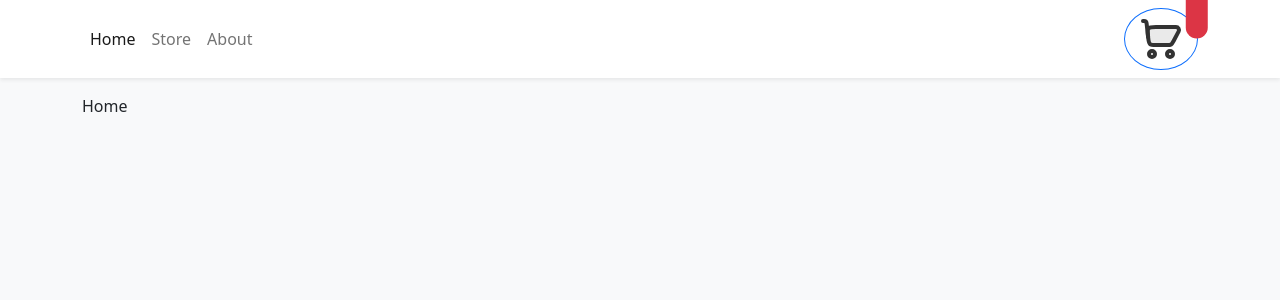
Repository: MoNasr2022/shopping-cart
Page: /
These files come from the project's save history. The page is drawn as it stood at one moment and after the next save; the edit follows.
The browser window is 1280 px wide. The pictures show the whole page.
The project was rebuilt for these pictures with package versions that can differ from the ones it lists, and the page was loaded fresh each time. Also part of the build but not shown: vite.config.ts, src/pages/Store.tsx, src/pages/About.tsx.

Above is the page before, as saved 2023-04-17 01:43:04.

### index.html
<!DOCTYPE html>
<html lang="en">
  <head>
    <meta charset="UTF-8" />
    <link rel="icon" type="image/svg+xml" href="/vite.svg" />
    <meta name="viewport" content="width=device-width, initial-scale=1.0" />
    <title>Nasr Shopping Cart</title>
  </head>
  <body class="bg-light">
    <div id="root"></div>
    <script type="module" src="/src/main.tsx"></script>
  </body>
</html>

### src/App.tsx
import { Routes, Route } from "react-router-dom";
import { Container } from "react-bootstrap";
import Home from "./pages/Home";
import Store from "./pages/Store";
import About from "./pages/About";
import Navbar from "./components/Navbar";

function App() {
  return (
    <>
      <Navbar />
      <Container className="mb-4">
        <Routes>
          <Route path="/" element={<Home />} />
          <Route path="/store" element={<Store />} />
          <Route path="/about" element={<About />} />
        </Routes>
      </Container>
    </>
  );
}

export default App;

### src/pages/Home.tsx


export default function Home () {
  return (
    <div>Home</div>
  )
}

### src/components/Navbar.tsx
import { Navbar as NavbarB } from "react-bootstrap";
import { Container, Nav, Button } from "react-bootstrap";
import { NavLink } from "react-router-dom";

export default function Navbar() {
  return (
    <NavbarB className="bg-white shadow-sm mb-3">
      <Container>
        <Nav className="me-auto">
          <Nav.Link as={NavLink} to="/">
            {" "}
            Home
          </Nav.Link>
          <Nav.Link as={NavLink} to="/store">
            {" "}
            Store
          </Nav.Link>
          <Nav.Link as={NavLink} to="/about">
            {" "}
            About
          </Nav.Link>
        </Nav>
        <Button
          className=" rounded-circle"
          variant="outline-primary"
          style={{ position: "relative" }}
        >
          <svg
            width="3rem"
            height="3rem"
            viewBox="0 0 24 24"
            fill="none"
            xmlns="http://www.w3.org/2000/svg"
          >
            <path
              opacity="0.1"
              d="M5.60464 11.4417C5.79269 13.1343 5.88672 13.9805 6.45624 14.4903C7.02576 15 7.87723 15 9.58017 15H9.70588H13.4706H14.827C16.0002 15 16.5867 15 17.0627 14.7134C17.5387 14.4268 17.8132 13.9084 18.3621 12.8716L20.8303 8.20947C21.361 7.207 20.6343 6 19.5 6H9.70588H9.46906C7.38336 6 6.34051 6 5.74427 6.66616C5.14803 7.33231 5.2632 8.36878 5.49353 10.4417L5.60464 11.4417Z"
              fill="#323232"
            />
            <path
              d="M5.60464 11.4417C5.79269 13.1343 5.88672 13.9805 6.45624 14.4903C7.02576 15 7.87723 15 9.58017 15H9.70588H13.4706H14.827C16.0002 15 16.5867 15 17.0627 14.7134C17.5387 14.4268 17.8132 13.9084 18.3621 12.8716L20.8303 8.20947C21.361 7.207 20.6343 6 19.5 6V6H9.70588H9.46906C7.38336 6 6.34051 6 5.74427 6.66616C5.14803 7.33231 5.2632 8.36878 5.49353 10.4417L5.60464 11.4417Z"
              stroke="#323232"
              stroke-width="2"
              stroke-linejoin="round"
            />
            <path
              d="M3 3H3.5V3C4.1642 3 4.72218 3.49942 4.79553 4.15955L5.55558 11"
              stroke="#323232"
              stroke-width="2"
              stroke-linecap="round"
              stroke-linejoin="round"
            />
            <path
              d="M9 19.5C9 20.3284 8.32843 21 7.5 21C6.67157 21 6 20.3284 6 19.5C6 18.6716 6.67157 18 7.5 18C8.32843 18 9 18.6716 9 19.5Z"
              stroke="#323232"
              stroke-width="2"
            />
            <path
              d="M18 19.5C18 20.3284 17.3284 21 16.5 21C15.6716 21 15 20.3284 15 19.5C15 18.6716 15.6716 18 16.5 18C17.3284 18 18 18.6716 18 19.5Z"
              stroke="#323232"
              stroke-width="2"
            />
          </svg>
          <span className="position-absolute bottom-0 right-0 start-100 translate-middle badge rounded-pill bg-danger">3</span>
        </Button>
      </Container>
    </NavbarB>
  );
}

Loaded but not shown: src/main.tsx (common file)

After the next save:
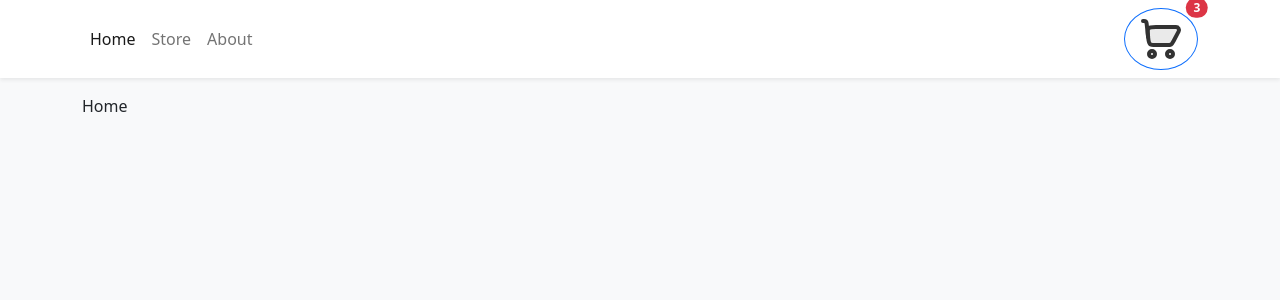
Saved 15 s later.
--- a/src/components/Navbar.tsx
+++ b/src/components/Navbar.tsx
@@ -61,7 +61,7 @@ export default function Navbar() {
               stroke-width="2"
             />
           </svg>
-          <span className="position-absolute bottom-0 right-0 start-100 translate-middle badge rounded-pill bg-danger">3</span>
+          <span className="position-absolute  start-100 translate-middle badge rounded-pill bg-danger">3</span>
         </Button>
       </Container>
     </NavbarB>
